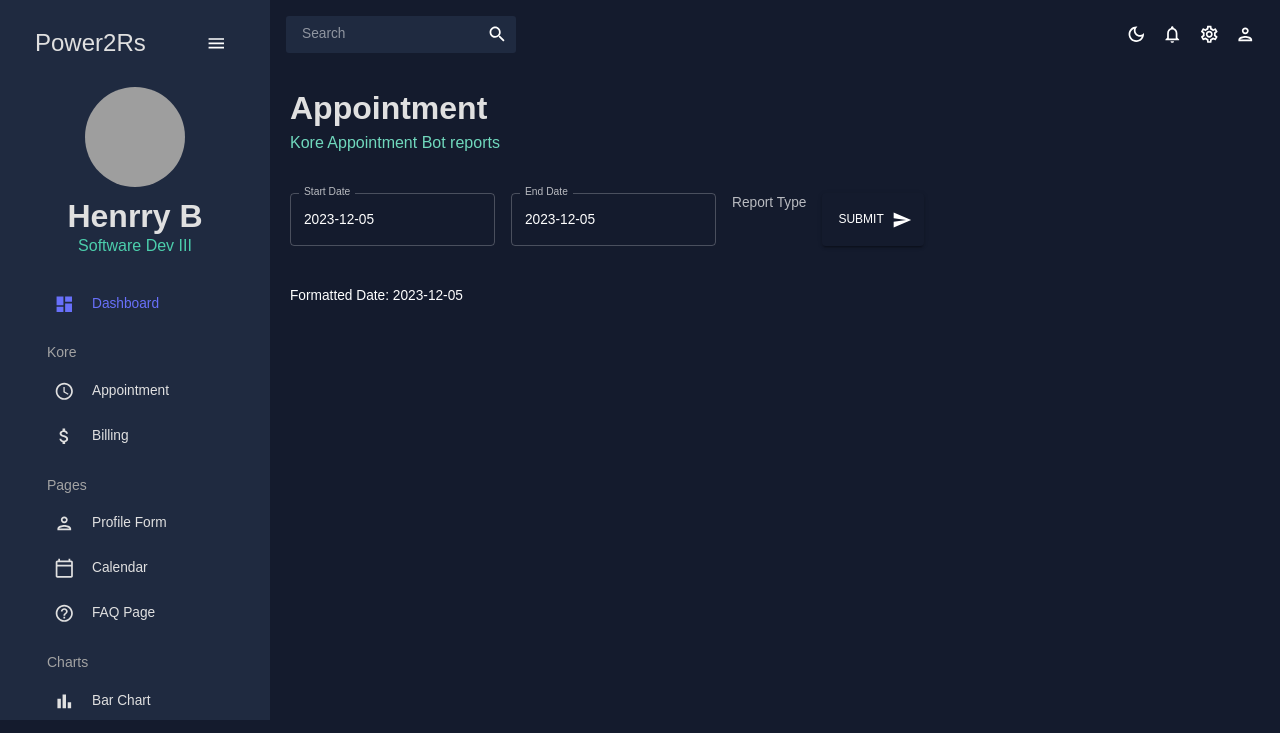
Repository: HenrryWith2Rs/reporthub
Page: /kore/appt (app in ui/)
The author's editor kept a copy of each file at every save. The page is drawn from the files as they stood at one save, then again after the next save.
The browser window is 1280 px wide. The pictures show the whole page.
Pictures or frames that could not be fetched are drawn as grey boxes. The project was rebuilt for these pictures with package versions that can differ from the ones it lists, and the page was loaded fresh each time. Also part of the build but not shown: ui/vite.config.ts, ui/src/data/mockData.ts, ui/src/components/LineChart.tsx, ui/src/data/mockGeoFeatures.ts, ui/src/components/GeographyChart.tsx, ui/src/data/dataParser.ts, ui/src/components/BarChart.tsx, ui/src/components/ProgressCircle.tsx and 7 more.

Above is the page before, as saved 2023-12-06 16:26:43.

After the next save:
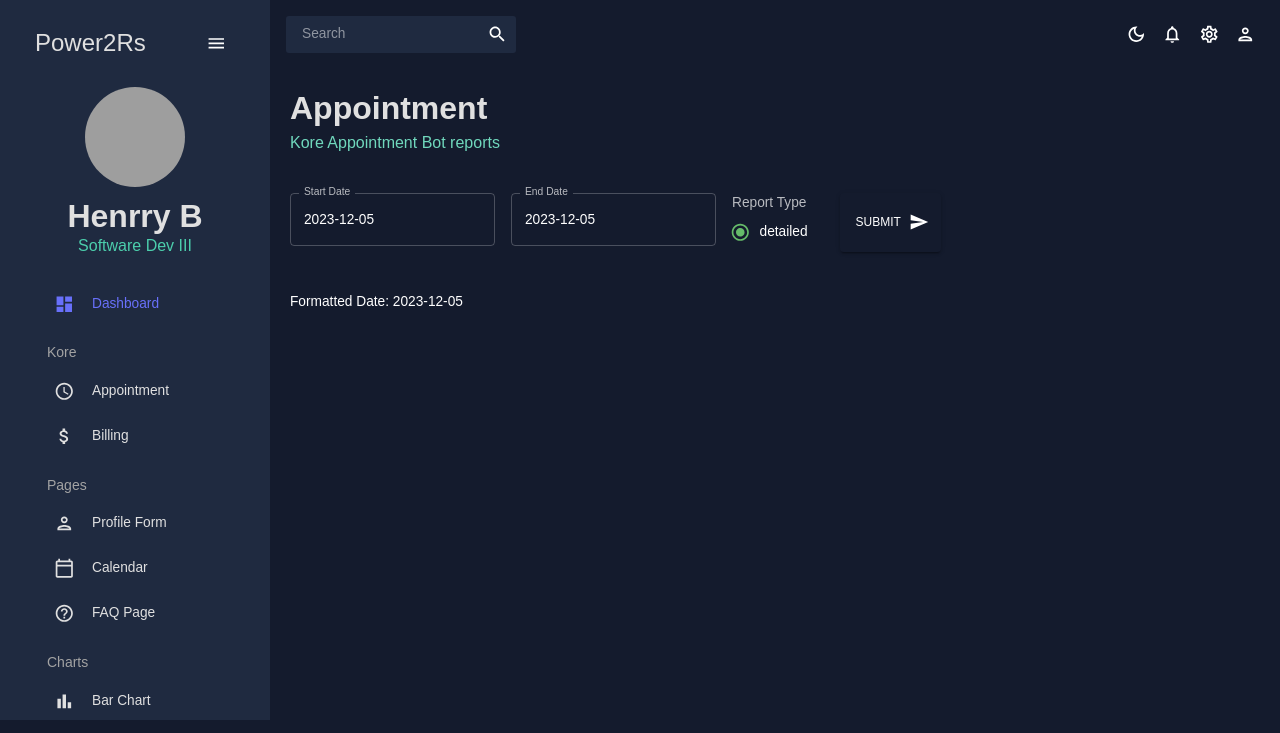
Saved 3 min 40 s later.
--- a/ui/src/scenes/appointment/index.tsx
+++ b/ui/src/scenes/appointment/index.tsx
@@ -48,7 +48,13 @@ const Appointment = () => {
               name="row-radio-buttons-group"
               value={reportType}
               onChange={handleRadioChange}
-            ></RadioGroup>
+            >
+              <FormControlLabel
+                value="detailed"
+                control={<Radio color="success" />}
+                label="detailed"
+              />
+            </RadioGroup>
           </FormControl>
           <Button variant="contained" endIcon={<SendIcon />}>
             Submit
